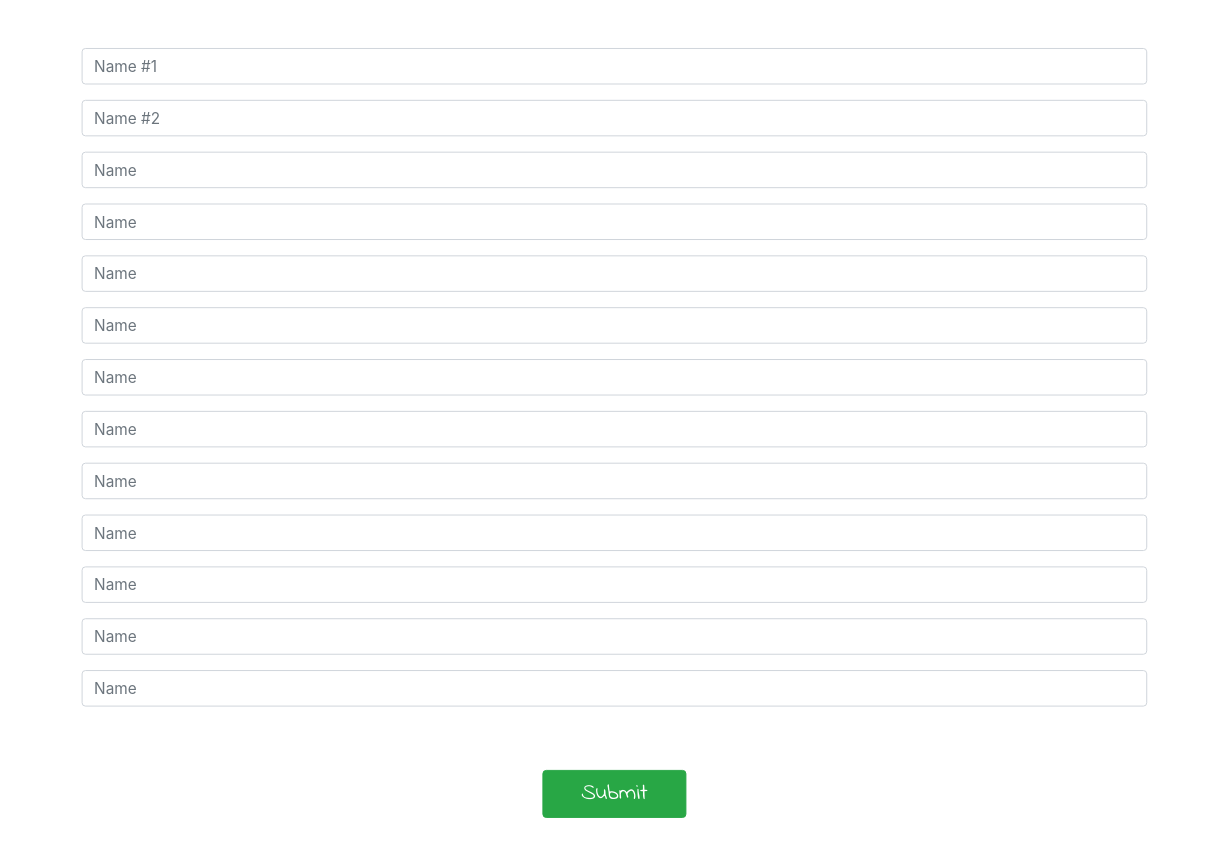
Repository: TaylorD1982/randomizer
Page: submit.html
The author's editor kept a record of every edit. The page is drawn from the files as they stood at one moment, then again after the next edit.
The browser window is 1280 px wide. The pictures show the whole page, at 96% of full size.
Some web fonts or font styles are not loaded; a fallback is used. Some web libraries are served in a nearby version.

Above is the page before.

After the next edit:
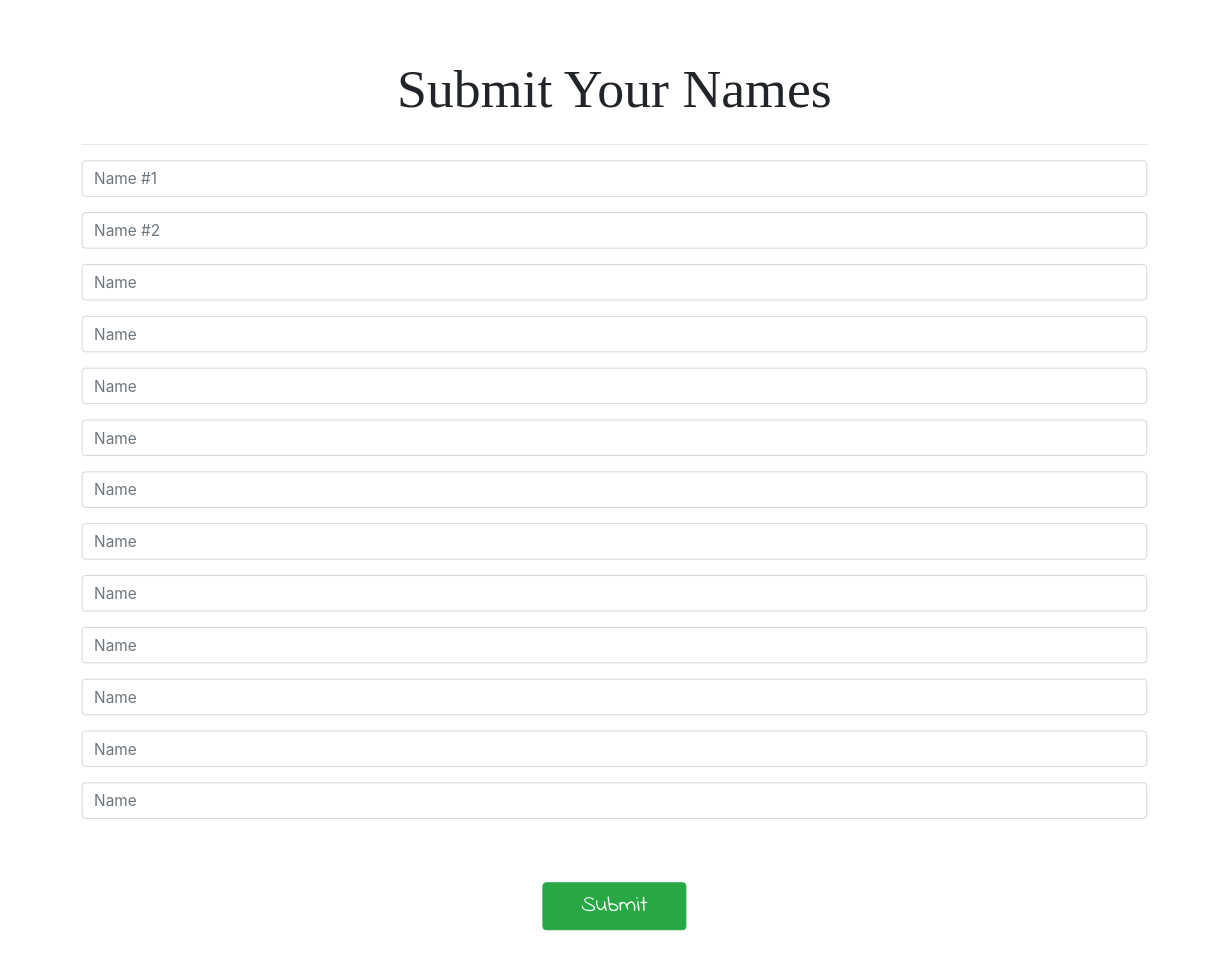
The edit:
--- a/submit.html
+++ b/submit.html
@@ -17,6 +17,10 @@
     <div class="container">
         <div class="row app">
             <div class="col">
+                <div>
+                    <P class="title">Submit Your Names</P>
+                </div>
+                <hr>
                 <form onsubmit="return sendMail(this);">
                     <div class="form-group">
                         <input type="text" name="name" class="form-control" id="fullname" placeholder="Name #1" required/>
